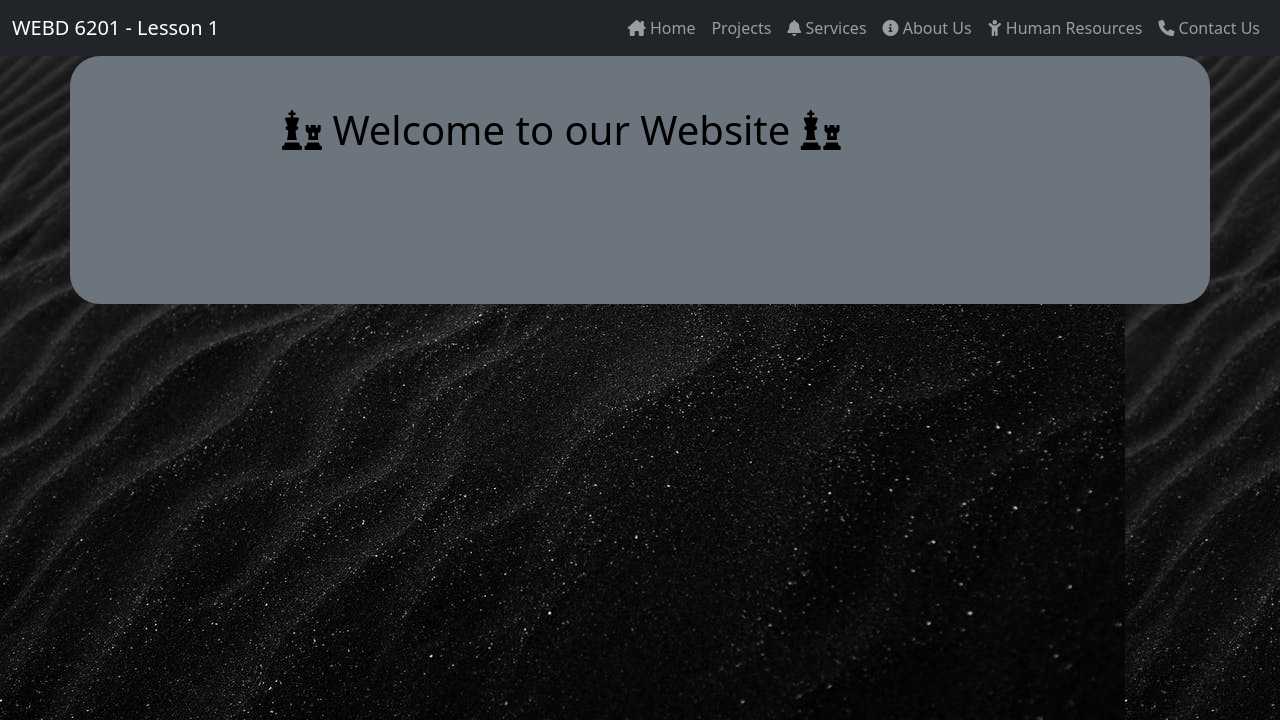
Repository: devanshudave1901/DevanshuDave_AngaranYogeswaranLab2
Page: index.html
An editor plug-in stored every save of this project. The page is shown before and after the next save, followed by the edit.
The browser window is 1280 px wide. The pictures show the whole page.

Above is the page before, as saved 2022-02-11 21:47:34.

### index.html
<!DOCTYPE html>
<html lang="en">
  <head>
    <meta charset="UTF-8" />
    <meta http-equiv="X-UA-Compatible" content="IE=edge" />
    <meta name="viewport" content="width=device-width, initial-scale=1.0" />
    <title>Home</title>
    <link
      rel="stylesheet"
      href="./node_modules/bootstrap/dist/css/bootstrap.min.css"
    />
    <link
      rel="stylesheet"
      href="./node_modules/@fortawesome/fontawesome-free/css/all.min.css"
    />
    <link rel="stylesheet" href="./Content/app.css" />
    <script src="./Scripts/app.js"></script>
  </head>
  <body>
    <nav class="navbar navbar-expand-lg navbar-dark bg-dark">
      <div class="container-fluid">
        <a class="navbar-brand" href="#">WEBD 6201 - Lesson 1</a>
        <button
          class="navbar-toggler"
          type="button"
          data-bs-toggle="collapse"
          data-bs-target="#navbarSupportedContent"
          aria-controls="navbarSupportedContent"
          aria-expanded="false"
          aria-label="Toggle navigation"
        >
          <span class="navbar-toggler-icon"></span>
        </button>
        <div class="collapse navbar-collapse" id="navbarSupportedContent">
          <ul class="navbar-nav ms-auto">
            <li class="nav-item active">
              <a class="nav-link" aria-current="page" href="./index.html"
                ><i class="fa-solid fa-house-chimney"></i> Home</a
              >
            </li>

            <li class="nav-item">
              <a class="nav-link" id="productsLink" href="./products.html"
                ><i class="fa-solid fa-th"></i> Products</a
              >
            </li>
            <li class="nav-item">
              <a class="nav-link" href="./services.html"
                ><i class="fa-solid fa-bell"></i> Services</a
              >
            </li>
            <li class="nav-item">
              <a class="nav-link" href="./about.html">
                <i class="fa-solid fa-circle-info"></i> About Us</a
              >
            </li>
            <li class="nav-item" id="humanResources"></li>
            <li class="nav-item">
              <a class="nav-link" href="./contact.html">
                <i class="fa-solid fa-phone"></i> Contact Us</a
              >
            </li>
          </ul>
        </div>
      </div>
    </nav>

    <div class="jumbotron bg-secondary container" id="contentArea">
      <h1 id="heading3"></h1>
    </div>
    <!-- 3RD Party Library-->
    <script src="./node_modules/jquery/dist/jquery.min.js"></script>
    <script src="./node_modules/bootstrap/dist/js/bootstrap.min.js"></script>
  </body>
</html>

### Content/app.css
#Contactform {
  padding: 10px 90px 50px 100px;
}
#Contactform label {
  color: cornsilk;
  padding-bottom: 10px;
  padding-top: 10px;
}

#Contactform button {
  margin-top: 20px;
  margin-left: 500px;
}
.formInputBox {
  padding-left: 60px;
  margin: 8px 0;
  border: dashed;
  box-sizing: border-box;
}

#contactId {
  padding-left: 520px;
  color: black;
}

* {
  box-sizing: border-box;
}

.column {
  float: left;
  width: 33.33%;
  padding: 20px;
}

/* Clearfix (clear floats) */
.row::after {
  content: "";
  clear: both;
  display: table;
}

#pArea {
  padding-top: 40px;
  padding-left: 250px;
  padding-bottom: 100px;
}
#pArea1 {
  padding-top: 40px;
  padding-left: 150px;
  padding-bottom: 100px;
  padding-right: 90px;
}
#contentArea {
  border-radius: 30px;
  color: white;
}

#aboutId {
  padding-left: 520px;
  color: black;
}
#serviceID {
  padding-left: 520px;
  color: black;
}
#projectsID {
  padding-left: 520px;
  color: black;
}
#heading1 {
  color: white;
  padding-left: 5px;
  padding-top: 50px;
  padding-bottom: 20px;
}
#heading2 {
  padding-top: 50px;
}
#resumeLink {
  padding-top: 20px;
}
img {
  background-repeat: no-repeat;
}
#heading3 {
  color: black;
  padding-top: 50px;
  padding-left: 200px;
  padding-right: 100px;
  padding-bottom: 150px;
}

### Scripts/app.js
window.addEventListener("load", start);

var PageTimer = 0;
// Calling this function ever seo
function formTimer() {
  window.setInterval("updateTime()", 1000);
}

function updateTime() {
  ++PageTimer;

  if (PageTimer == 3) {
    window.location.href = "./index.html";
  }
}

function contactPage() {
  // alert(document.title);
  //Variable that is used to get the Element of the contactId
  var contactId = document.getElementById("contactId");
  //Setting the innnerHTMl of the contactId to have say contact us and show favicon
  contactId.innerHTML = " <i class = 'fa-solid fa-comments'></i> Contact Us";

  var currentLink1 = document.getElementById("productsLink");
  // alert(currentLink1.textContent);
  currentLink1.textContent = "";
  // need to add the icon in js
  // currentLink1.textContent = "<i class='fa-solid fa-th'></i>";
  currentLink1.textContent = "Projects";

  var humanResourcesLink = document.getElementById("humanResources");
  humanResourcesLink.innerHTML =
    " <a class='nav-link' href='#'> <i class = 'fa-solid fa-child'></i> Human Resources</a>";
  var submitButtonClick = document.getElementById("submitButton");
  submitButtonClick.addEventListener("click", function (event) {
    event.preventDefault();
    var inputName = document.getElementById("InputName").value;
    var inputEmailAddress = document.getElementById("InputEmail1").value;
    var inputNumber = document.getElementById("InputNumber").value;
    var inputMessage = document.getElementById("InputMessage").value;

    console.log(
      "User Form Input" +
        "\n Name of the User: " +
        inputName +
        "\n Number of the User: " +
        inputNumber +
        "\n Email of the User: " +
        inputEmailAddress +
        "\n Message of the User: " +
        inputMessage
    );
    //Setting the value of Input Name,Email,Number,and Message to blank
    document.getElementById("InputName").value = "";
    document.getElementById("InputEmail1").value = "";
    document.getElementById("InputNumber").value = "";
    document.getElementById("InputMessage").value = "";

    formTimer();
  });
  //Set the background of the page to the dc logo
  document.body.style.backgroundImage = "url('images/bgImage1.jpeg')";
  document.body.style.backgroundRepeat = "repeat";
}
function productPage() {
  //get the element of the projectID
  var projectsHeading = document.getElementById("projectsID");
  //Set the InnnerHtml to show box favicon and Our Projects text
  projectsHeading.innerHTML = " <i class = 'fa-solid fa-box'></i> Our Projects";

  var currentLink1 = document.getElementById("productsLink");
  // alert(currentLink1.textContent);
  currentLink1.textContent = "";
  // need to add the icon in js
  // currentLink1.textContent = "<i class='fa-solid fa-th'></i>";
  currentLink1.textContent = "Projects";
  //storing element of humanResources id in the humanResourcesLink
  var humanResourcesLink = document.getElementById("humanResources");
  //Setting the innnerHTML of the humanResourcesLink to print favicon and Human Resources text
  humanResourcesLink.innerHTML =
    " <a class='nav-link' href='#'> <i class = 'fa-solid fa-child'></i> Human Resources</a>";
  //setting the background image to the dc logo Jpeg
  document.body.style.backgroundImage = "url('images/dc logo.jpg')";
  //Storing the Element of paragraph1 in the paragraph1 variable
  var paragraph1 = document.getElementById("paragraph1");
  //Storing the text in the innerHTML of the paragraph1
  paragraph1.innerHTML =
    "This was one of our first programming assignments in this Durham College Program" +
    " and this was one of the first assignments that we both really enjoyed building with" +
    " in the Python Programming Language.";
  //Storing the Element of paragraph2 in the paragraph2 variable
  var paragraph2 = document.getElementById("paragraph2");
  //Storing the text in the innerHTML of the paragraph2
  paragraph2.innerHTML =
    "This was one assignment that we had to do for our Systems" +
    " Automation class we enjoyed this assignemnt becuase it was great" +
    " to learn about this new technology that we could use for testing" +
    " websites and applications.";
  //Storing the Element of paragraph3 in the paragraph3 variable
  var paragraph3 = document.getElementById("paragraph3");
  //Storing the text in the innerHTML of the paragraph3
  paragraph3.innerHTML =
    "This was our Linux assignment where we had to use packet managers" +
    " to find applications and install them using Command Line prompts in" +
    " the Linux operating system. This was one of our favourites becuase" +
    " it was great to learn about the Linux operating system becuase it" +
    " was new to us.";
}

function servicePage() {
  //Storing the Element of paragraph1 in the paragraph1 variable
  var ServiceHeading = document.getElementById("serviceID");
  //Setting the innerHTML of ServiceHeading to truck favicon and to print Our Services
  ServiceHeading.innerHTML =
    " <i class = 'fa-solid fa-truck'></i> Our Services";
  //Storing the Element of productsLink to currentLink1 variable
  var currentLink1 = document.getElementById("productsLink");
  //Setting the textContent of the currentLink1 to nothing
  currentLink1.textContent = "";
  // need to add the icon in js
  // currentLink1.textContent = "<i class='fa-solid fa-th'></i>";
  currentLink1.textContent = "Projects";
  //Storing the element of the humanResources to the humanResourcesLink
  var humanResourcesLink = document.getElementById("humanResources");
  //Setting the innnerHTML of the humanResourcesLink to print favicon and Human Resources
  humanResourcesLink.innerHTML =
    " <a class='nav-link' href='#'> <i class = 'fa-solid fa-child'></i> Human Resources</a>";
  //Set background to dc logo image.
  document.body.style.backgroundImage = "url('images/dc logo.jpg')";
  //Storing the element of paragraph4 to the paragraph4 variable
  var paragraph4 = document.getElementById("paragraph4");
  //storing text in paragraph4 innerHTML
  paragraph4.innerHTML =
    "One of the services that we provide is custom programming for any project:" +
    "that you need for any size whether its for a big company or small company" +
    "with only few people.";
  //Storing the element of paragraph5 to the paragraph5 variable
  var paragraph5 = document.getElementById("paragraph5");
  //Storing text in paragraph5 innerHTML
  paragraph5.innerHTML =
    "Mobile Development is another one of our services that we provide" +
    "because many of our clients need mobile applications for their " +
    "business needs.";
  //Storing the element of paragraph6 to paragraph6 variable
  var paragraph6 = document.getElementById("paragraph6");
  //Storing text in paragraph6 innerHTML
  paragraph6.innerHTML =
    "Web-Development is another one of our major services that we provide" +
    "because alot of our clients enjoy how we build websites and appreciate" +
    "our website design.";
}
function aboutPage() {
  //Storing element of aboutId in getHeading
  var getHeading = document.getElementById("aboutId");
  //setting getHeading of innerHTML to print About us and Favicon
  getHeading.innerHTML = "  <i class = 'fa-solid fa-user'></i> About Us";
  //Store element of productsLink in currentLink1 variable
  var currentLink1 = document.getElementById("productsLink");
  // alert(currentLink1.textContent);
  //Set textContent of currentLink1 to blank
  currentLink1.textContent = "";
  // need to add the icon in js
  // currentLink1.textContent = "<i class='fa-solid fa-th'></i>";
  //set textContent of currentLink1 to projects
  currentLink1.textContent = "Projects";

  var humanResourcesLink = document.getElementById("humanResources");
  humanResourcesLink.innerHTML =
    " <a class='nav-link' href='#'> <i class = 'fa-solid fa-child'></i> Human Resources</a>";
  document.body.style.backgroundImage = "url('images/dc logo.jpg')";
  var heading1;

  var heading2;
  heading1 = document.getElementById("heading1");
  heading1.innerHTML =
    "This is a picture of Angaran. Angaran is a 2nd year student in the Computer Programmer Analyst Program" +
    "at Durham College. His Hobbies include playing sports and watching movies. Here is a link to his resume";

  heading2 = document.getElementById("heading2");
  heading2.innerHTML =
    "This is a picture of Devanshu. Devanshu is a second year student in the Durham College " +
    "Computer Programmer Analyst Program. His Hobbies inlcude playing games and programming.";
}

function homePage() {
  var currentLink1 = document.getElementById("productsLink");

  currentLink1.textContent = "";

  // need to add the icon in js
  // currentLink1.textContent = "<i class='fa-solid fa-th'></i>";
  currentLink1.textContent = "Projects";

  var humanResourcesLink = document.getElementById("humanResources");
  humanResourcesLink.innerHTML =
    " <a class='nav-link' href='#'> <i class = 'fa-solid fa-child'></i> Human Resources</a>";

  document.body.style.backgroundImage = "url('images/dc logo.jpg')";
  var heading3;

  heading3 = document.getElementById("heading3");
  heading3.innerHTML =
    "<i class = 'fa-solid fa-chess'></i> Welcome to our Website <i class = 'fa-solid fa-chess'></i>";
  document.body.style.backgroundImage = "url('images/bgImage1.jpeg')";
  document.body.style.backgroundRepeat = "repeat";
}
function start() {
  switch (document.title) {
    case "Home":
      homePage();
      break;
    case "Services":
      servicePage();

      break;
    case "Products":
      productPage();
      break;
    case "Contact Us":
      contactPage();
      break;
    case "About Us":
      aboutPage();
      break;
  }
}

Loaded but not shown: node_modules/bootstrap/dist/css/bootstrap.min.css (library); node_modules/@fortawesome/fontawesome-free/css/all.min.css (library); node_modules/jquery/dist/jquery.min.js (library); node_modules/bootstrap/dist/js/bootstrap.min.js (library)

After the next save:
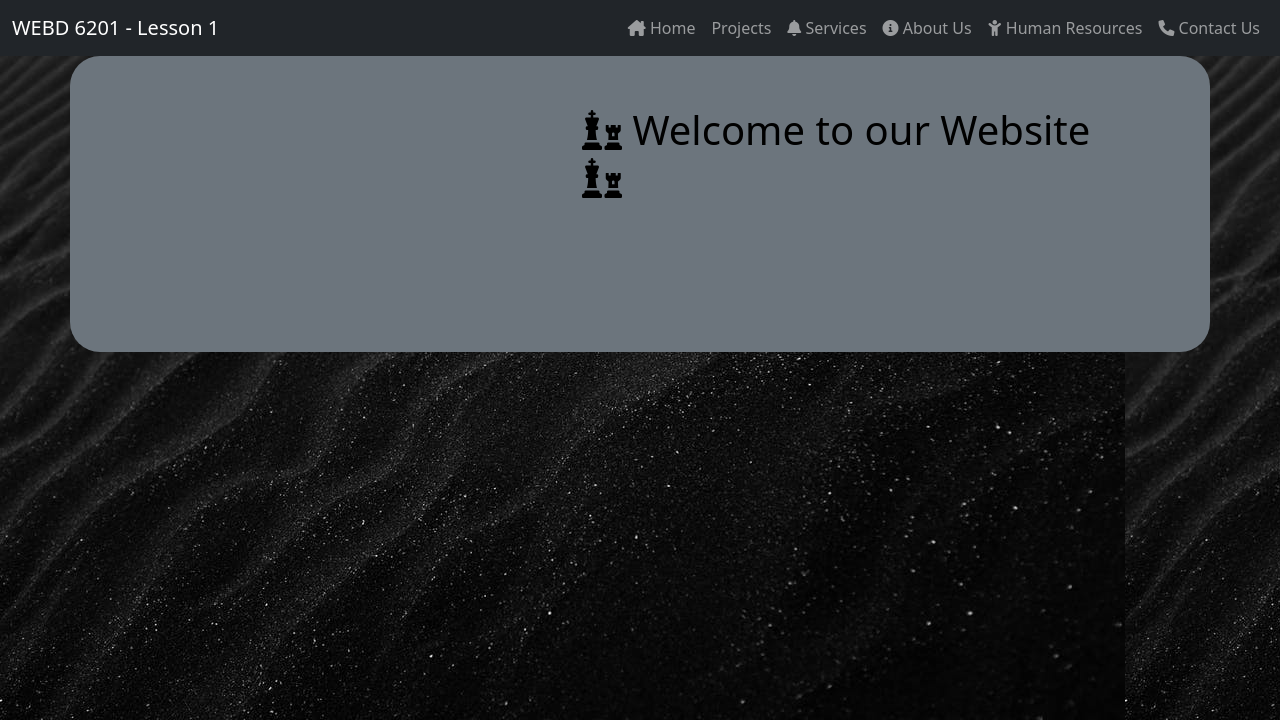
Saved 5 s later.
--- a/Content/app.css
+++ b/Content/app.css
@@ -86,7 +86,7 @@ img {
 #heading3 {
   color: black;
   padding-top: 50px;
-  padding-left: 200px;
+  padding-left: 500px;
   padding-right: 100px;
   padding-bottom: 150px;
 }
